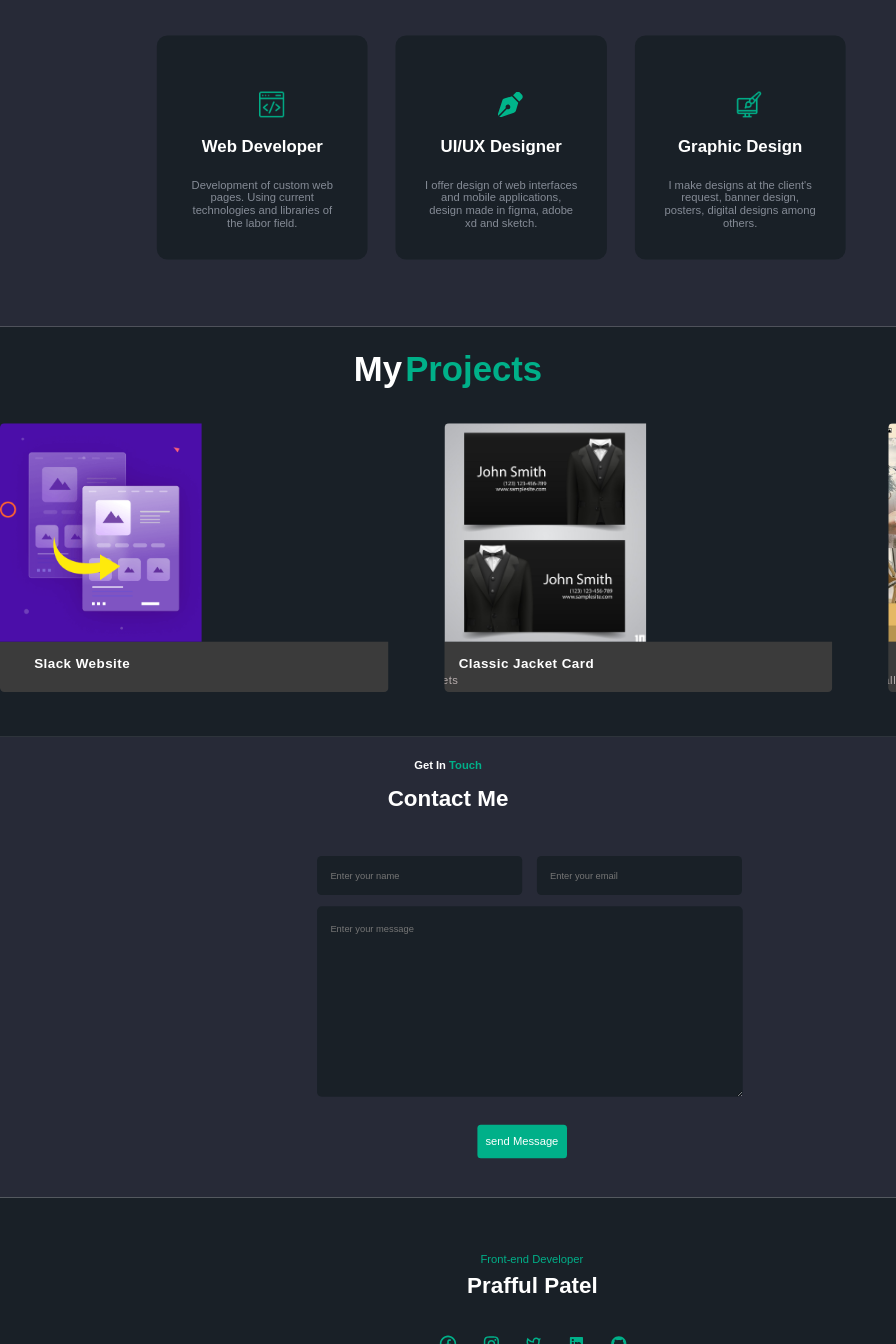
Repository: PraffulPatel27/Portfolio_2.0
Page: index.html
These files come from the project's save history. The page is drawn as it stood at one moment and after the next save; the edit follows.
The browser window is 1280 px wide. The pictures show the part of the page from y = 1864 to 3784 px (the page is 3879 px tall), at 70% of full size.

Above is the page before, as saved 2024-01-30 15:05:33.

After the next save:
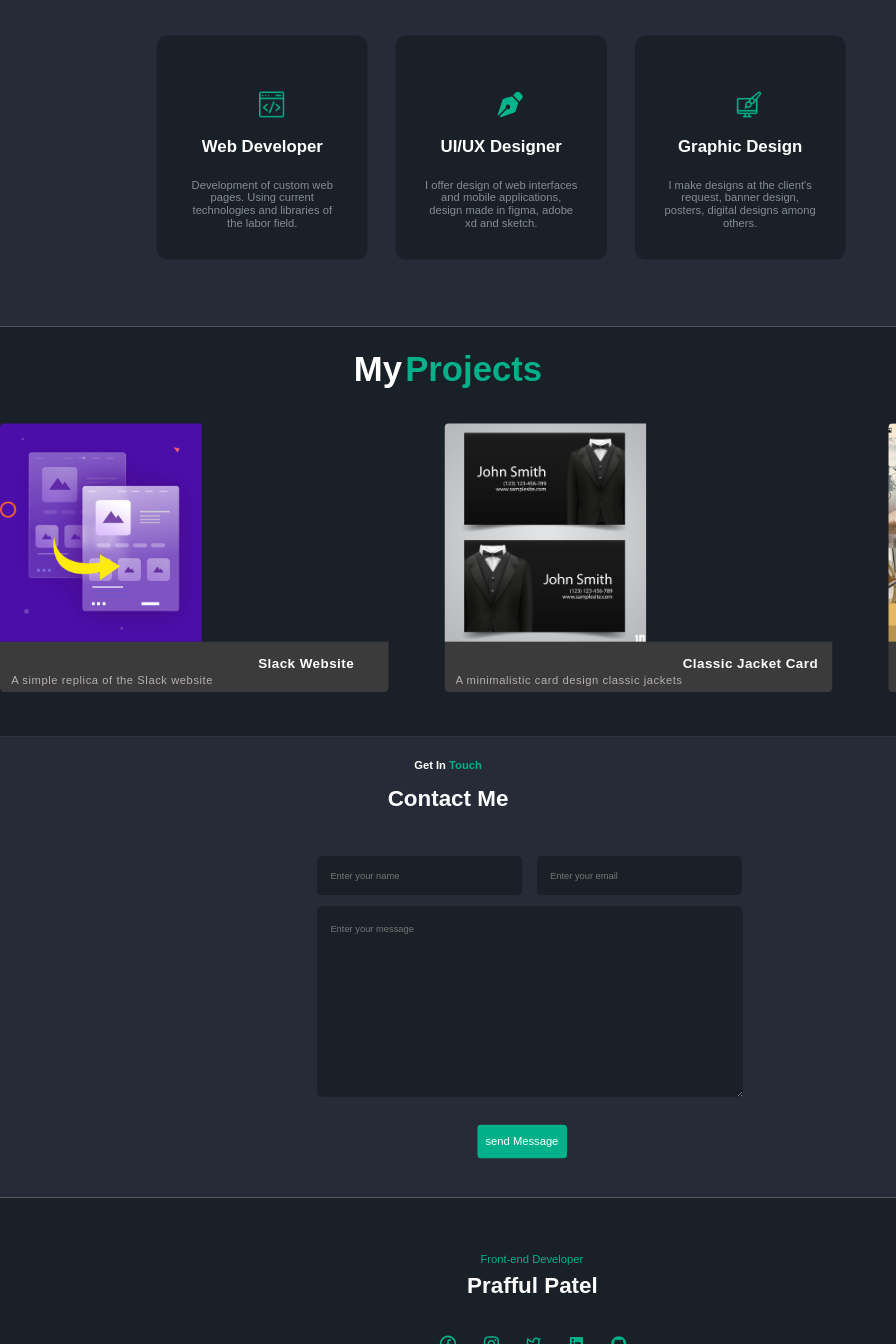
Saved 7 s later.
--- a/style.css
+++ b/style.css
@@ -454,7 +454,7 @@
     padding: 0.5rem 1rem 0.5rem 1rem;
     background-color: #3B3B3B; */
 
-    margin-left: -20rem;
+    margin-right: -20rem;
     padding: 0.2rem 1rem 0.2rem 1rem;
     background-color: #3B3B3B;
 }
